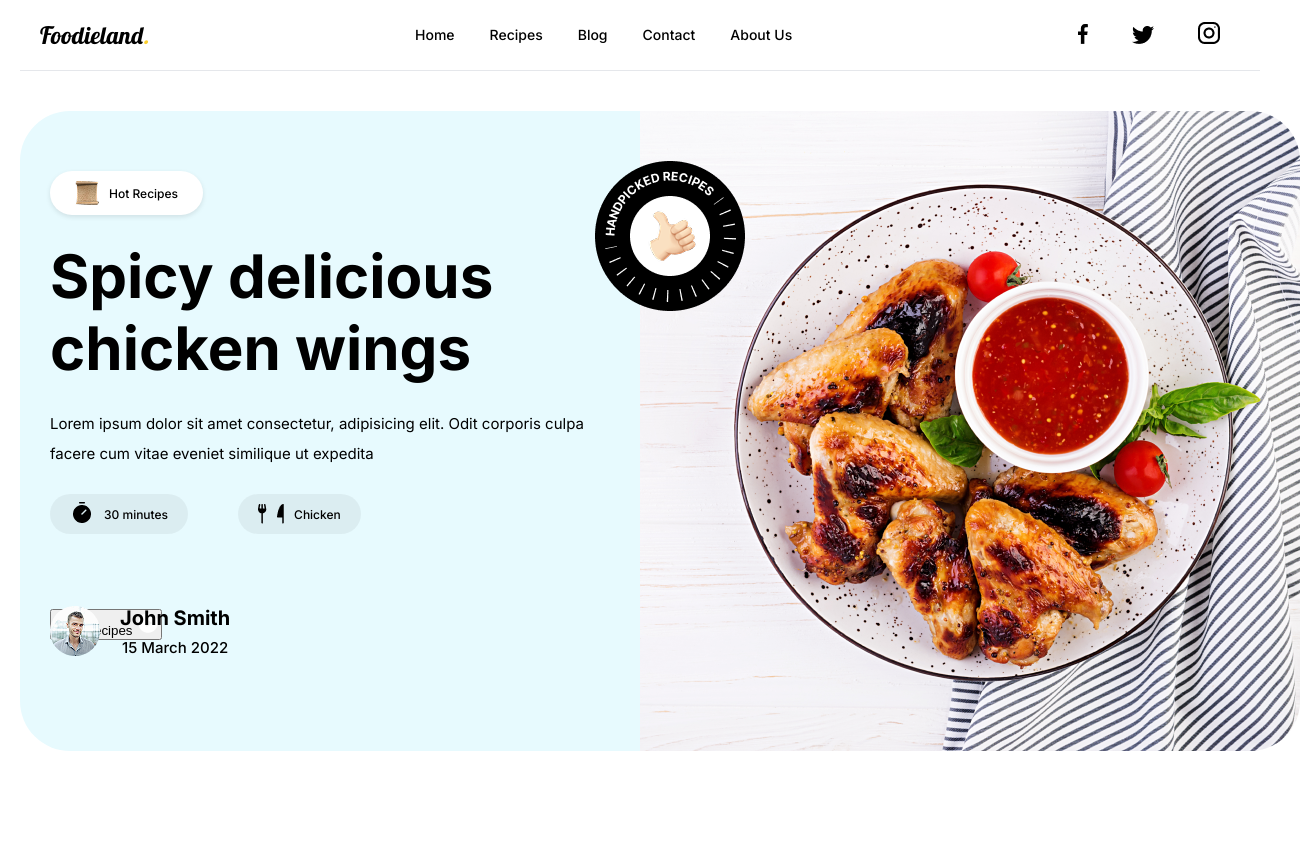
Repository: SolomonChinonso/Advanced-html-and-css-project
Page: index.html
The author's editor kept a copy of each file at every save. The page is drawn from the files as they stood at one save, then again after the next save.
The browser window is 1280 px wide. The page is 1300 px wide, so the pictures cover 1300 px, including what lies to the right of the window. The pictures show the whole page.

Above is the page before, as saved 2026-04-16 13:36:38.

After the next save:
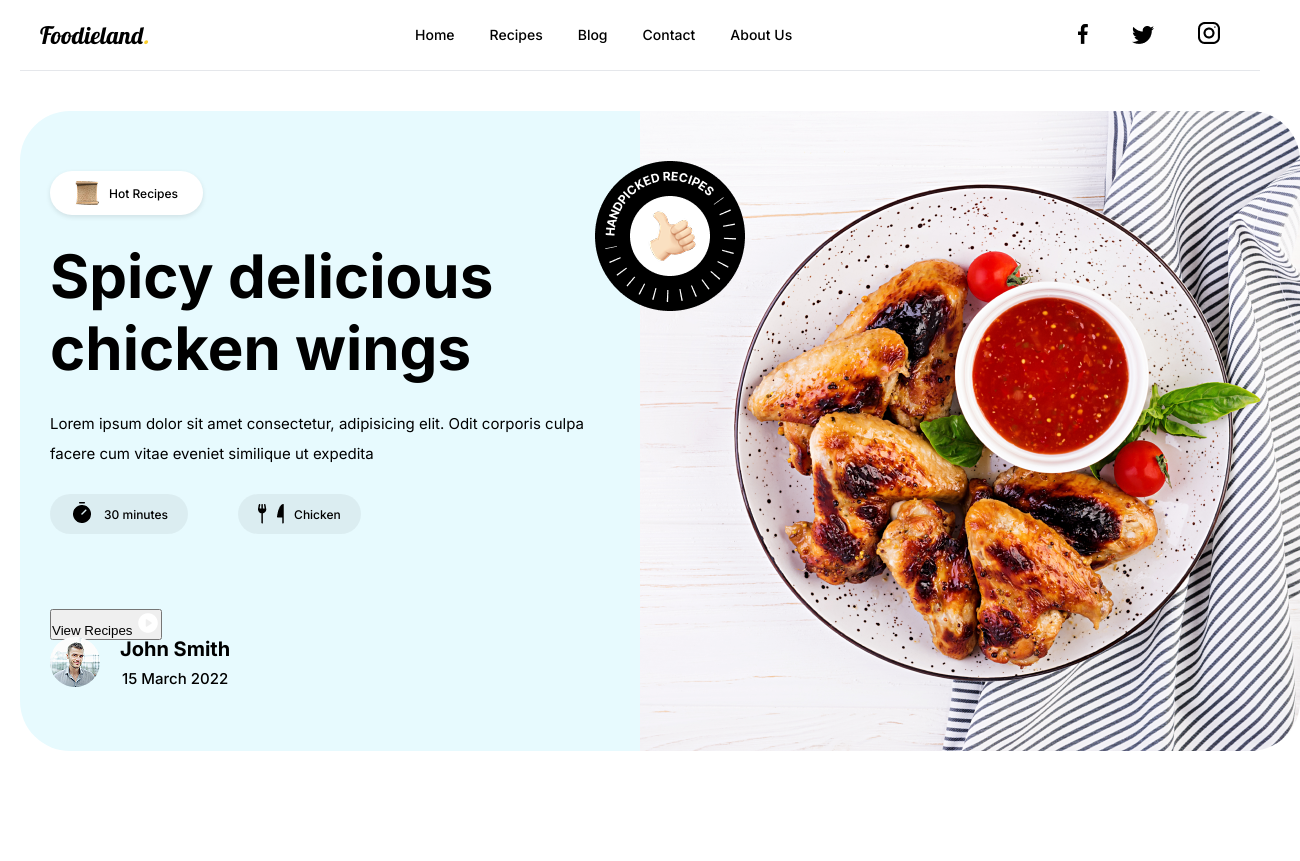
Saved 6 s later.
--- a/style.css
+++ b/style.css
@@ -147,7 +147,7 @@ p{
     justify-content: center;
     gap: 20px;
     position: relative;
-    bottom: -59px;
+    bottom: -90px;
 }
 .author-details{
     display: flex;
